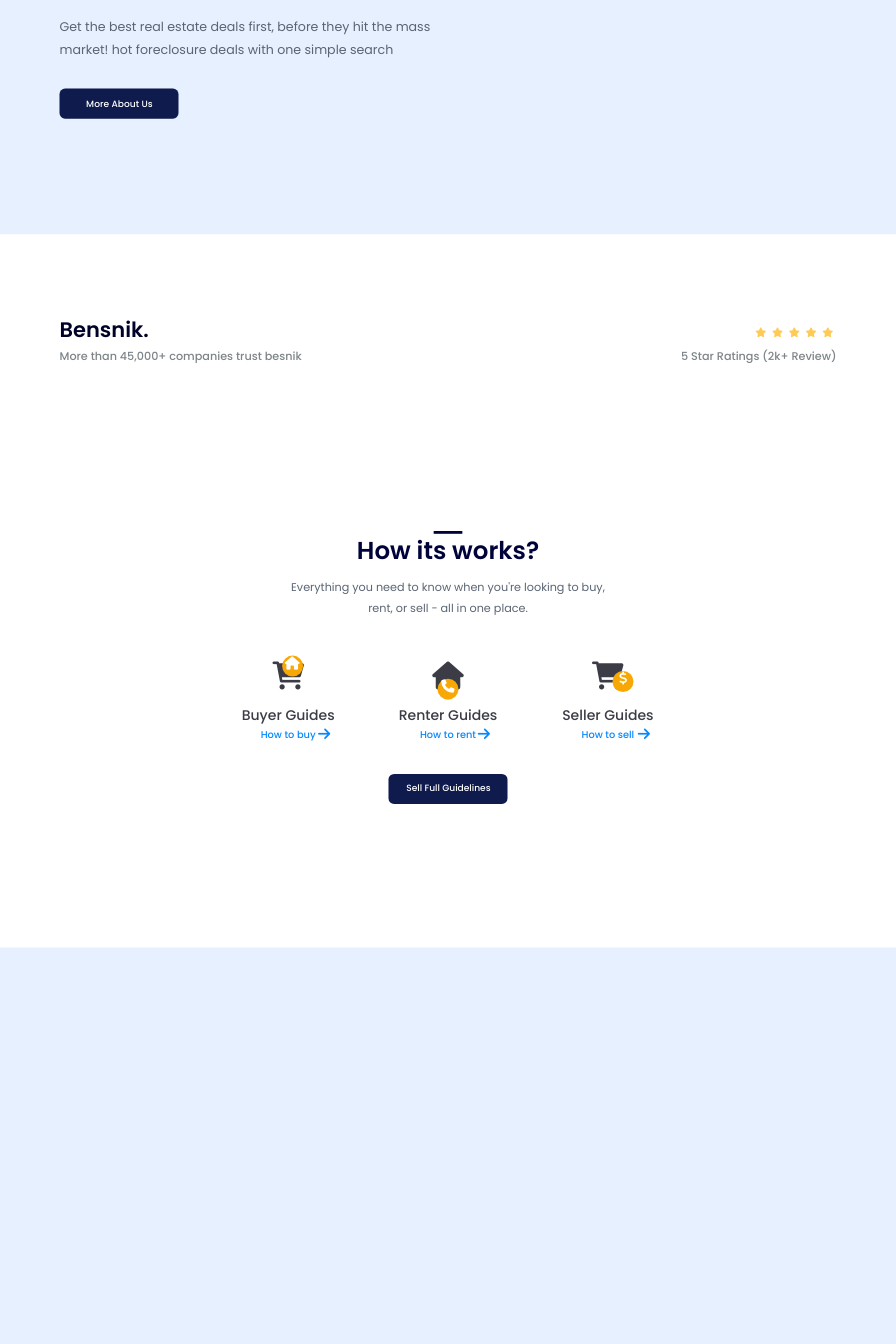
Repository: kauittt/f8-htmlcss-01
Page: index.html
An editor plug-in stored every save of this project. The page is shown before and after the next save, followed by the edit.
The browser window is 1280 px wide. The pictures show the part of the page from y = 402 to 2322 px (the page is 3771 px tall), at 70% of full size.

Above is the page before, as saved 2022-12-31 21:20:54.

### index.html
<!DOCTYPE html>
<html lang="en">
    <head>
        <meta charset="UTF-8" />
        <meta http-equiv="X-UA-Compatible" content="IE=edge" />
        <meta name="viewport" content="width=device-width, initial-scale=1.0" />
        <title>F8-PROJECT-01</title>
        <link rel="preconnect" href="https://cdnjs.cloudflare.com" />
        <link
            rel="stylesheet"
            href="https://cdnjs.cloudflare.com/ajax/libs/font-awesome/6.2.1/css/all.min.css"
        />
        <link rel="stylesheet" href="./assets/css/reset.css" />
        <link rel="stylesheet" href="./assets/fonts/stylesheet.css" />
        <link rel="stylesheet" href="./assets/css/styles.css" />
    </head>
    <body>
        <header id="header" class="colored">
            <div class="content">
                <div class="header-nav">
                    <p class="logo">Bensnik.</p>
                    <ul class="header-nav-list">
                        <li class="header-nav-list__item">Home</li>
                        <li class="header-nav-list__item">Features</li>
                        <li class="header-nav-list__item">Services</li>
                        <li class="header-nav-list__item">Resources</li>
                        <li class="header-nav-list__item">Contact</li>
                    </ul>

                    <div class="header-nav-account">
                        <p class="header-nav-account__general">Sign in</p>
                        <p class="header-nav-account__general btn">Sign up</p>
                    </div>
                </div>

                <div class="header-about">
                    <p class="header-about__welcome">
                        Welcome to Bensnik Agency
                    </p>
                    <h1 class="header-about__heading">
                        Discover a place you'll love to live
                    </h1>
                    <p class="header-about__desc">
                        Get the best real estate deals first, before they hit
                        the mass market! hot foreclosure deals with one simple
                        search
                    </p>
                    <p class="header-about__link btn">More About Us</p>
                </div>
            </div>
        </header>

        <div id="client">
            <div class="content">
                <div class="client-infor">
                    <p class="logo">Bensnik.</p>
                    <div class="client-infor-wrap">
                        <i class="fa-solid fa-star client-infor-wrap__item"></i>
                        <i class="fa-solid fa-star client-infor-wrap__item"></i>
                        <i class="fa-solid fa-star client-infor-wrap__item"></i>
                        <i class="fa-solid fa-star client-infor-wrap__item"></i>
                        <i class="fa-solid fa-star client-infor-wrap__item"></i>
                    </div>
                </div>
                <div class="client-infor">
                    <p class="client-infor__text">
                        More than 45,000+ companies trust besnik
                    </p>
                    <p class="client-infor__text">
                        5 Star Ratings (2k+ Review)
                    </p>
                </div>

                <div class="client-logo">
                    <img src="" alt="" />
                </div>
            </div>
        </div>

        <div id="desc">
            <div class="small-content desc-wrap">
                <div class="desc-heading">
                    <h2 class="desc-heading__title">How its works?</h2>
                    <p class="desc-heading__text">
                        Everything you need to know when you're looking to buy,
                        rent, or sell - all in one place.
                    </p>
                </div>

                <div class="desc-guide">
                    <div class="desc-guide-item">
                        <i
                            class="desc-guide-item__icon fa-solid fa-cart-shopping"
                        >
                        </i>
                        <i
                            class="desc-guide-item__childIcon desc-guide-item__childIcon--topCenter fa-solid fa-house"
                        ></i>
                        <p class="desc-guide-item__name">Buyer Guides</p>
                        <p class="desc-guide-item__instruc">
                            How to buy
                            <i
                                class="desc-guide-item__instruc__icon fa-solid fa-arrow-right"
                            ></i>
                        </p>
                    </div>
                    <div class="desc-guide-item">
                        <i
                            class="desc-guide-item__icon fa-solid fa-house"
                        ></i>
                        <i class="desc-guide-item__childIcon desc-guide-item__childIcon--bottomCenter fa-solid fa-phone"></i>
                        </i>
                        <p class="desc-guide-item__name">Renter Guides</p>
                        <p class="desc-guide-item__instruc">
                            How to rent
                            <i
                                class="desc-guide-item__instruc__icon fa-solid fa-arrow-right"
                            ></i>
                        </p>
                    </div>
                    <div class="desc-guide-item">
                        <i
                            class="desc-guide-item__icon fa-solid fa-cart-shopping"
                        >
                        </i>
                        <i class="desc-guide-item__childIcon item__childIcon--bottomRight fa-solid fa-dollar-sign"></i>

                        <p class="desc-guide-item__name">Seller Guides</p>
                        <p class="desc-guide-item__instruc">
                            How to sell
                            <i
                                class="desc-guide-item__instruc__icon fa-solid fa-arrow-right"
                            ></i>
                        </p>
                    </div>
                </div>

                <p class="desc__link btn">Sell Full Guidelines</p>
            </div>
        </div>

        <div id="feature" class="colored">
            <div class="content"></div>
        </div>

        <div id="news">
            <div class="content"></div>
        </div>

        <footer id="footer">
            <div class="content">
                <div class="nav"></div>
            </div>
        </footer>

        <script src="./assets/js/basic.js"></script>
    </body>
</html>

### assets/css/reset.css
html,
body,
div,
span,
applet,
object,
iframe,
h1,
h2,
h3,
h4,
h5,
h6,
p,
blockquote,
pre,
a,
abbr,
acronym,
address,
big,
cite,
code,
del,
dfn,
em,
img,
ins,
kbd,
q,
s,
samp,
small,
strike,
strong,
sub,
sup,
tt,
var,
b,
u,
i,
center,
dl,
dt,
dd,
ol,
ul,
li,
fieldset,
form,
label,
legend,
table,
caption,
tbody,
tfoot,
thead,
tr,
th,
td,
article,
aside,
canvas,
details,
embed,
figure,
figcaption,
footer,
header,
hgroup,
menu,
nav,
output,
ruby,
section,
summary,
time,
mark,
audio,
video {
    margin: 0;
    padding: 0;
    border: 0;
    font-size: 100%;
    font: inherit;
    vertical-align: baseline;
}
article,
aside,
details,
figcaption,
figure,
footer,
header,
hgroup,
menu,
nav,
section {
    display: block;
}
body {
    line-height: 1;
}
ol,
ul {
    list-style: none;
}
blockquote,
q {
    quotes: none;
}
blockquote:before,
blockquote:after,
q:before,
q:after {
    content: "";
    content: none;
}
table {
    border-collapse: collapse;
    border-spacing: 0;
}

### assets/fonts/stylesheet.css
@font-face {
    font-family: "Poppins";
    src: url("Poppins/Poppins-Bold.woff2") format("woff2"),
        url("Poppins/Poppins-Bold.woff") format("woff");
    font-weight: bold;
    font-style: normal;
    font-display: swap;
}

@font-face {
    font-family: "Poppins";
    src: url("Poppins/Poppins-Black.woff2") format("woff2"),
        url("Poppins/Poppins-Black.woff") format("woff");
    font-weight: 900;
    font-style: normal;
    font-display: swap;
}

@font-face {
    font-family: "Poppins";
    src: url("Poppins/Poppins-BlackItalic.woff2") format("woff2"),
        url("Poppins/Poppins-BlackItalic.woff") format("woff");
    font-weight: 900;
    font-style: italic;
    font-display: swap;
}

@font-face {
    font-family: "Poppins";
    src: url("Poppins/Poppins-BoldItalic.woff2") format("woff2"),
        url("Poppins/Poppins-BoldItalic.woff") format("woff");
    font-weight: bold;
    font-style: italic;
    font-display: swap;
}

@font-face {
    font-family: "Poppins";
    src: url("Poppins/Poppins-ExtraBold.woff2") format("woff2"),
        url("Poppins/Poppins-ExtraBold.woff") format("woff");
    font-weight: bold;
    font-style: normal;
    font-display: swap;
}

@font-face {
    font-family: "Poppins";
    src: url("Poppins/Poppins-ExtraBoldItalic.woff2") format("woff2"),
        url("Poppins/Poppins-ExtraBoldItalic.woff") format("woff");
    font-weight: bold;
    font-style: italic;
    font-display: swap;
}

@font-face {
    font-family: "Poppins";
    src: url("Poppins/Poppins-ExtraLight.woff2") format("woff2"),
        url("Poppins/Poppins-ExtraLight.woff") format("woff");
    font-weight: 200;
    font-style: normal;
    font-display: swap;
}

@font-face {
    font-family: "Poppins";
    src: url("Poppins/Poppins-ExtraLightItalic.woff2") format("woff2"),
        url("Poppins/Poppins-ExtraLightItalic.woff") format("woff");
    font-weight: 200;
    font-style: italic;
    font-display: swap;
}

@font-face {
    font-family: "Poppins";
    src: url("Poppins/Poppins-Italic.woff2") format("woff2"),
        url("Poppins/Poppins-Italic.woff") format("woff");
    font-weight: normal;
    font-style: italic;
    font-display: swap;
}

@font-face {
    font-family: "Poppins";
    src: url("Poppins/Poppins-Light.woff2") format("woff2"),
        url("Poppins/Poppins-Light.woff") format("woff");
    font-weight: 300;
    font-style: normal;
    font-display: swap;
}

@font-face {
    font-family: "Poppins";
    src: url("Poppins/Poppins-LightItalic.woff2") format("woff2"),
        url("Poppins/Poppins-LightItalic.woff") format("woff");
    font-weight: 300;
    font-style: italic;
    font-display: swap;
}

@font-face {
    font-family: "Poppins";
    src: url("Poppins/Poppins-Medium.woff2") format("woff2"),
        url("Poppins/Poppins-Medium.woff") format("woff");
    font-weight: 500;
    font-style: normal;
    font-display: swap;
}

@font-face {
    font-family: "Poppins";
    src: url("Poppins/Poppins-MediumItalic.woff2") format("woff2"),
        url("Poppins/Poppins-MediumItalic.woff") format("woff");
    font-weight: 500;
    font-style: italic;
    font-display: swap;
}

@font-face {
    font-family: "Poppins";
    src: url("Poppins/Poppins-Regular.woff2") format("woff2"),
        url("Poppins/Poppins-Regular.woff") format("woff");
    font-weight: normal;
    font-style: normal;
    font-display: swap;
}

@font-face {
    font-family: "Poppins";
    src: url("Poppins/Poppins-SemiBold.woff2") format("woff2"),
        url("Poppins/Poppins-SemiBold.woff") format("woff");
    font-weight: 600;
    font-style: normal;
    font-display: swap;
}

@font-face {
    font-family: "Poppins";
    src: url("Poppins/Poppins-SemiBoldItalic.woff2") format("woff2"),
        url("Poppins/Poppins-SemiBoldItalic.woff") format("woff");
    font-weight: 600;
    font-style: italic;
    font-display: swap;
}

@font-face {
    font-family: "Poppins";
    src: url("Poppins/Poppins-Thin.woff2") format("woff2"),
        url("Poppins/Poppins-Thin.woff") format("woff");
    font-weight: 100;
    font-style: normal;
    font-display: swap;
}

@font-face {
    font-family: "Poppins";
    src: url("Poppins/Poppins-ThinItalic.woff2") format("woff2"),
        url("Poppins/Poppins-ThinItalic.woff") format("woff");
    font-weight: 100;
    font-style: italic;
    font-display: swap;
}

### assets/css/styles.css
/*! COMMON */
* {
    box-sizing: border-box;
}

html {
    font-size: 62.5%;
}

body {
    font-family: "Poppins", sans-serif;
    font-size: 1.4rem;
    font-weight: 500;
    display: flex;
    flex-direction: column;
}

:root {
    --main-color: #e6f0ff;
}

.colored {
    background-color: var(--main-color);
}

.content {
    max-width: 111rem;
    margin: 0 auto;
}

.small-content {
    max-width: 68.5rem;
    margin: 0 auto;
}

.logo {
    color: #000228;
    font-weight: 600;
    font-size: 3rem;
}

/*! HEADER */
#header {
    height: 73.6rem;
}

.header-nav {
    display: flex;
    margin-top: 38px;
    height: 4rem;
    justify-content: space-between;
    align-items: center;
}

.header-nav-list {
    display: flex;
    margin-left: -206px;
}

.header-nav-list__item {
    color: #4f5361;
}

.header-nav-list__item + .header-nav-list__item {
    margin-left: 28px;
}

.header-nav-account {
    display: flex;
}

.header-nav-account__general {
    padding: 9px 22px 10px 23px;
    color: #0f1b4c;
}

/*! BUTTONN */
.btn {
    display: inline-block;
    border-radius: 8px;
    color: #fff;
    background-color: #0f1b4c;
    align-items: center;
}
/*!  */

.header-about {
    margin-top: 138px;
    max-width: 55.9rem;
}

.header-about__welcome {
    font-size: 1.8rem;
    color: #687690;
}

.header-about__heading {
    font-size: 6.4rem;
    font-weight: 700;
    line-height: 7.6rem;
    margin: 8px 0 30px 0;
    color: #000336;
}

.header-about__desc {
    font-size: 1.8rem;
    line-height: 3.2rem;
    font-weight: 400;
    color: #5a6473;
}

.header-about__link {
    font-size: 1.3rem;
    padding: 15px 37px 15px 38px;
    margin-top: 40px;
}

/*! LOGO */
#client {
    height: 31.2rem;
    margin-top: 122px;
}

.client-infor {
    display: flex;
    justify-content: space-between;
    align-items: center;
}

.client-infor + .client-infor {
    margin-top: 15px;
}

.client-infor-wrap__item {
    display: inline-block;
    width: 2.03rem;
    height: 1.885rem;
    color: #ffca56;
    line-height: 3rem;
}

.client-infor__text {
    font-size: 1.6rem;
    color: #7d8589;
}

.client-logo {
}

/*! DESCRIPTION */
#desc {
    height: 58.5rem;
}

.desc-wrap {
    text-align: center;
}

.desc-heading {
    max-width: 45rem;
    margin: 0 auto;
    display: flex;
    flex-direction: column;
}

.desc-heading__title {
    font-size: 3.5rem;
    font-weight: 600;
    color: #000339;
    position: relative;
}

.desc-heading__title::before {
    content: "";
    display: block;
    position: absolute;

    width: 4.1rem;
    height: 0.4rem;
    background-color: #000339;

    left: 50%;
    top: -1rem;
    transform: translateX(-50%);
}

.desc-heading__text {
    font-size: 1.6rem;
    font-weight: 400;
    line-height: 3rem;
    margin-top: 2rem;
    color: #5a6473;
}

.desc-guide {
    display: flex;
    margin-top: 62px;
    margin-bottom: 50px;
}

.desc-guide-item {
    width: calc(100% / 3);
    position: relative;
}

.desc-guide-item__icon {
    color: #3b3c45;
    font-size: 4rem;
}

.desc-guide-item__childIcon {
    position: absolute;
    font-size: 1.9rem;
    color: #f7a804;
}

.desc-guide-item__childIcon--topCenter {
    left: 46%;
    top: -9px;
    width: 3rem;
    height: 3rem;
    color: white;
    background: #f7a804;
    border-radius: 50%;
}

.desc-guide-item__childIcon--bottomCenter {
    left: 50%;
    transform: translateX(-50%);
    bottom: 5.6rem;
    width: 3rem;
    height: 3rem;
    color: white;
    background: #f7a804;
    border-radius: 50%;
}

.item__childIcon--bottomRight {
    left: 53%;
    bottom: 67px;
    background: #f7a804;
    color: white;
    width: 3rem;
    height: 3rem;
    border-radius: 50%;
}

.desc-guide-item__name {
    font-size: 2rem;
    color: #3b3c45;
    margin-top: 26px;
    margin-bottom: 10px;
}

.desc-guide-item__instruc {
    font-size: 1.4rem;
    color: #0689ff;
    position: relative;
}

.desc-guide-item__instruc__icon {
    position: absolute;
    font-size: 2rem;
    top: 50%;
    transform: translateY(-50%);
    right: 5.4rem;
}

.desc__link {
    padding: 14px 24px 16px 25px;
    font-size: 1.3rem;
}

/*! FEATURE */
#feature {
    height: 158.7rem;
}

/*! NEWS */
#new {
    height: 40.9rem;
}

/*! FOOTER */
#footer {
    height: 42.9rem;
}

Loaded but not shown: assets/js/basic.js (no copy from this time; the picture is the same without it)

After the next save:
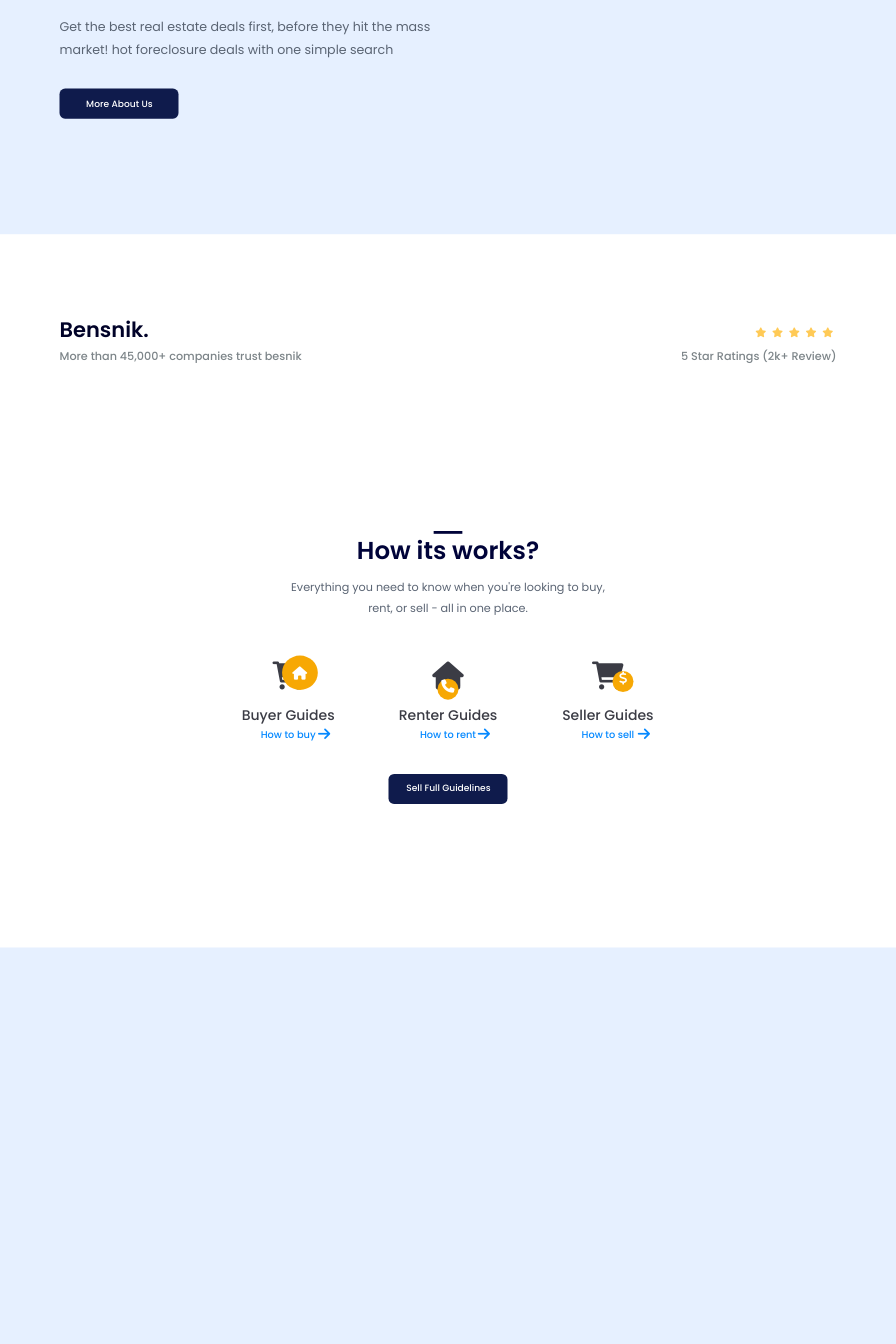
Saved 25 s later.
--- a/assets/css/styles.css
+++ b/assets/css/styles.css
@@ -217,8 +217,7 @@ body {
 .desc-guide-item__childIcon--topCenter {
     left: 46%;
     top: -9px;
-    width: 3rem;
-    height: 3rem;
+    padding: 1.5rem;
     color: white;
     background: #f7a804;
     border-radius: 50%;
